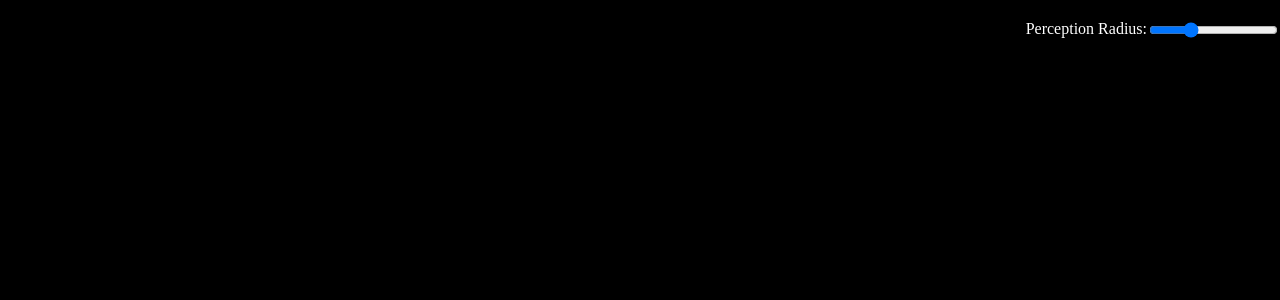
Repository: eltonsampaio12/boids
Page: index.html
An editor plug-in stored every save of this project. The page is shown before and after the next save, followed by the edit.
The browser window is 1280 px wide. The pictures show the whole page.

Above is the page before, as saved 2024-01-29 15:22:25.
Not found: main.ts

After the next save:
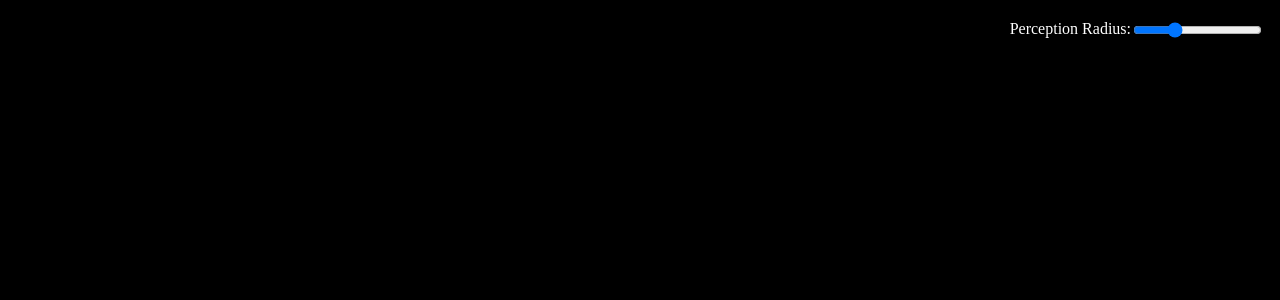
Saved 113 s later.
--- a/index.html
+++ b/index.html
@@ -40,6 +40,8 @@
         step="1"
         oninput="updatePerceptionRadius(this.value)"
       />
+
+      <span id="perceptionRadiusValue">30</span>
     </div>
   </body>
 </html>
